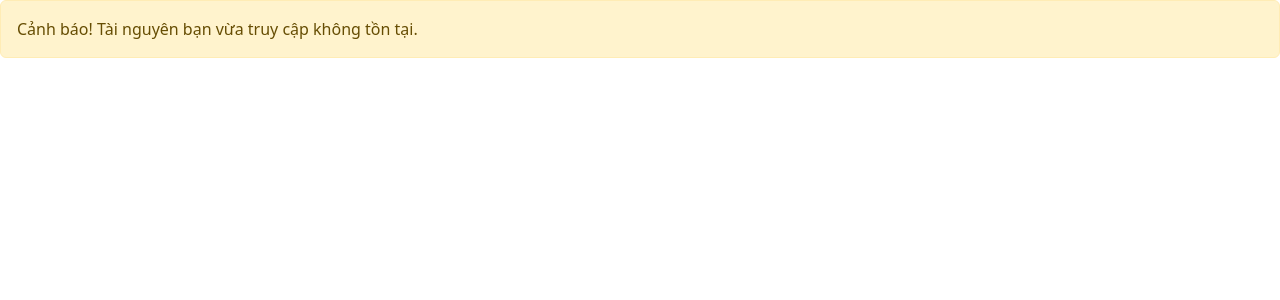
Repository: NPhanA/React2022
Page: / (app in Day 06-React real/exercise/)
An editor plug-in stored every save of this project. The page is shown before and after the next save, followed by the edit.
The browser window is 1280 px wide. The pictures show the whole page.
The project was rebuilt for these pictures with package versions that can differ from the ones it lists, and the page was loaded fresh each time. Also part of the build but not shown: Day 06-React real/exercise/src/Components/StudentInfoComponent.js, Day 06-React real/exercise/src/Components/StudentInfo.css.

Above is the page before, as saved 2022-08-01 15:12:50.

After the next save:
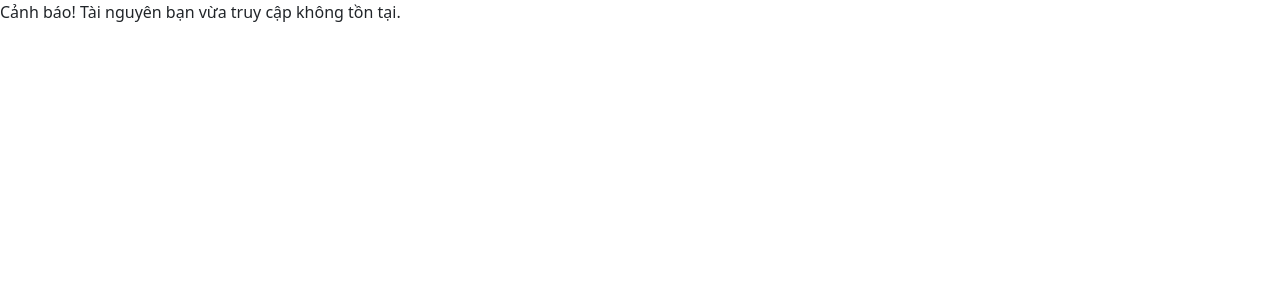
Saved 22 s later.
--- a/Day 06-React real/exercise/src/Components/Alert.js
+++ b/Day 06-React real/exercise/src/Components/Alert.js
@@ -1,6 +1,6 @@
 export default function AlertMe(props) {
     return (
-        <div className="alert alert-warning " role={props.role}>
+        <div className={props.className} role={props.role}>
             {props.content}
         </div>
     );

After the save that followed:
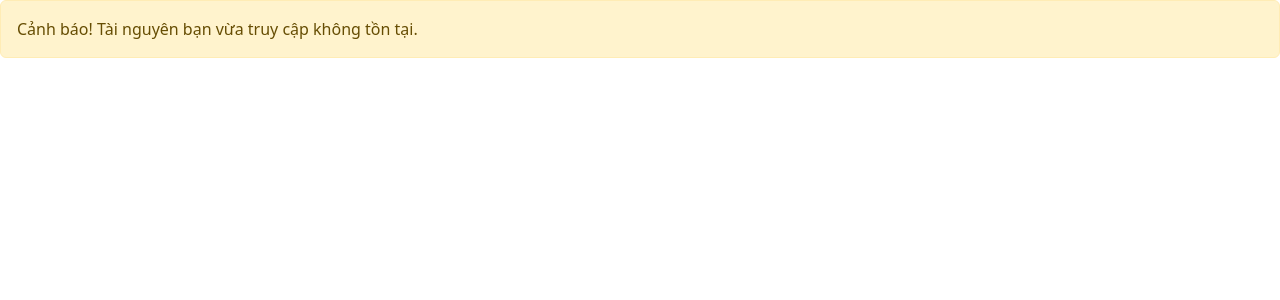
Saved 21 s later.
--- a/Day 06-React real/exercise/src/Components/Alert.js
+++ b/Day 06-React real/exercise/src/Components/Alert.js
@@ -1,6 +1,6 @@
 export default function AlertMe(props) {
     return (
-        <div className={props.className} role={props.role}>
+        <div className="alert alert-warning " role="alert">
             {props.content}
         </div>
     );
